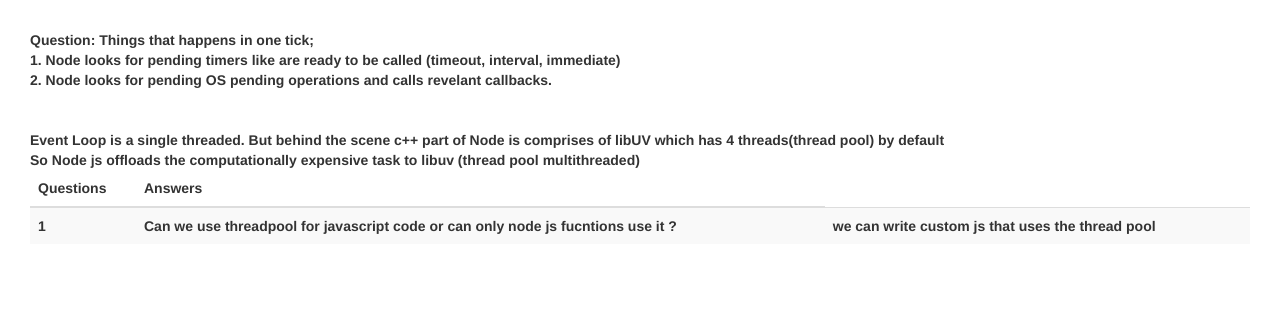
Repository: rahil001/preparation
Page: javascriptPrac/index.html
The author's editor kept a copy of each file at every save. The page is drawn from the files as they stood at one save, then again after a run of saves.
The browser window is 1280 px wide. The pictures show the whole page.

Above is the page before, as saved 2019-10-27 22:06:26.

After the next 2 saves:
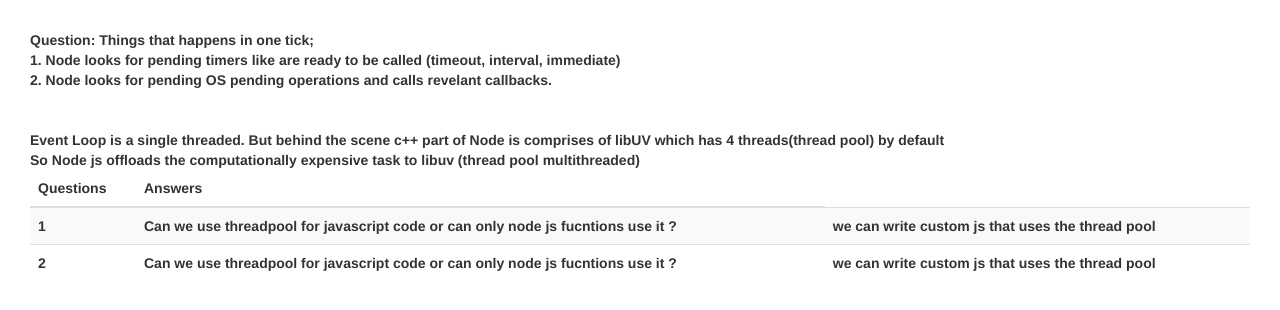
The 2 saves are shown as one change because they came seconds apart.
The last was saved 13 s later.
--- a/javascriptPrac/index.html
+++ b/javascriptPrac/index.html
@@ -44,6 +44,11 @@
             <td>Can we use threadpool for javascript code or can only node js fucntions use it ?</td>
             <td>we can write custom js that uses the thread pool</td>
           </tr>
+          <tr class="table-info">
+            <th scope="row">2</th>
+            <td>Can we use threadpool for javascript code or can only node js fucntions use it ?</td>
+            <td>we can write custom js that uses the thread pool</td>
+          </tr>
         </tbody>
       </table>
 
